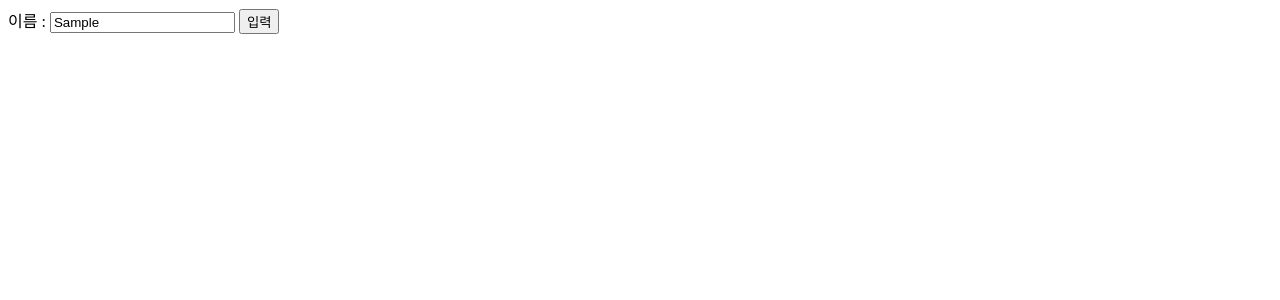
Repository: golddrone7/front
Page: step10_Ajax/src/main/webapp/test2/helloApp.html
These files come from the project's save history. The page is drawn as it stood at one moment and after the next save; the edit follows.
The browser window is 1280 px wide. The pictures show the whole page.
Empty fields were first filled with sample values (such as "Sample", 5 or name@example.com).
After loading, the first visible `input[onclick="helloToServer()"]` was clicked once.

Above is the page before, as saved 2023-02-27 01:32:25.

After the next save:
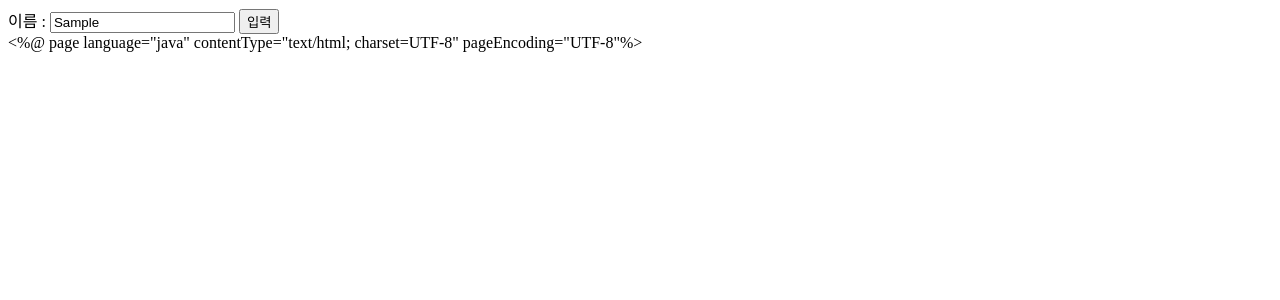
Saved 9 s later.
--- a/step10_Ajax/src/main/webapp/test2/helloApp.html
+++ b/step10_Ajax/src/main/webapp/test2/helloApp.html
@@ -15,6 +15,7 @@
 		var param="irum="+document.f.irum.value;
 		xhr.open("GET", "hello.jsp?"+encodeURI(param), true);
 		// encodeURI를 사용하지 않으면 한글이 깨짐
+		xhr.send(null);
 
 
 	}
